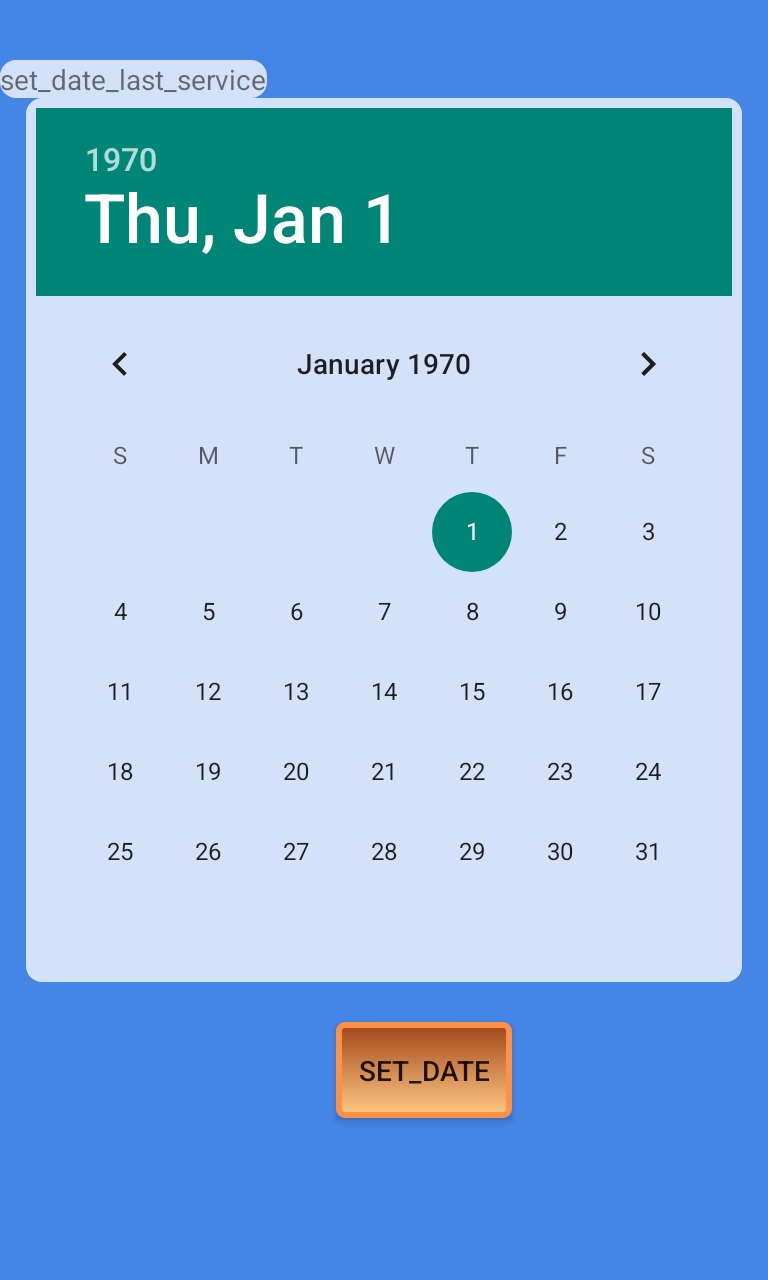
Repository: procmillie/AppKeepV9.12.14
Layout: StupidApp/res/layout/date_picker_dialog123.xml
These files come from the project's save history. The layout is drawn as it stood at one moment and after the next save; the edit follows.
It is drawn on a 768 x 1280 px phone screen (xhdpi) without system bars, with theme AppTheme; the app's code is not run. The app's manifest (not shown) leaves right-to-left support off. So textAlignment, textDirection and layoutDirection are ignored, and left and right values win over start and end ones.

Above is the layout before, as saved 2014-11-25 15:50:38.

After the next save:
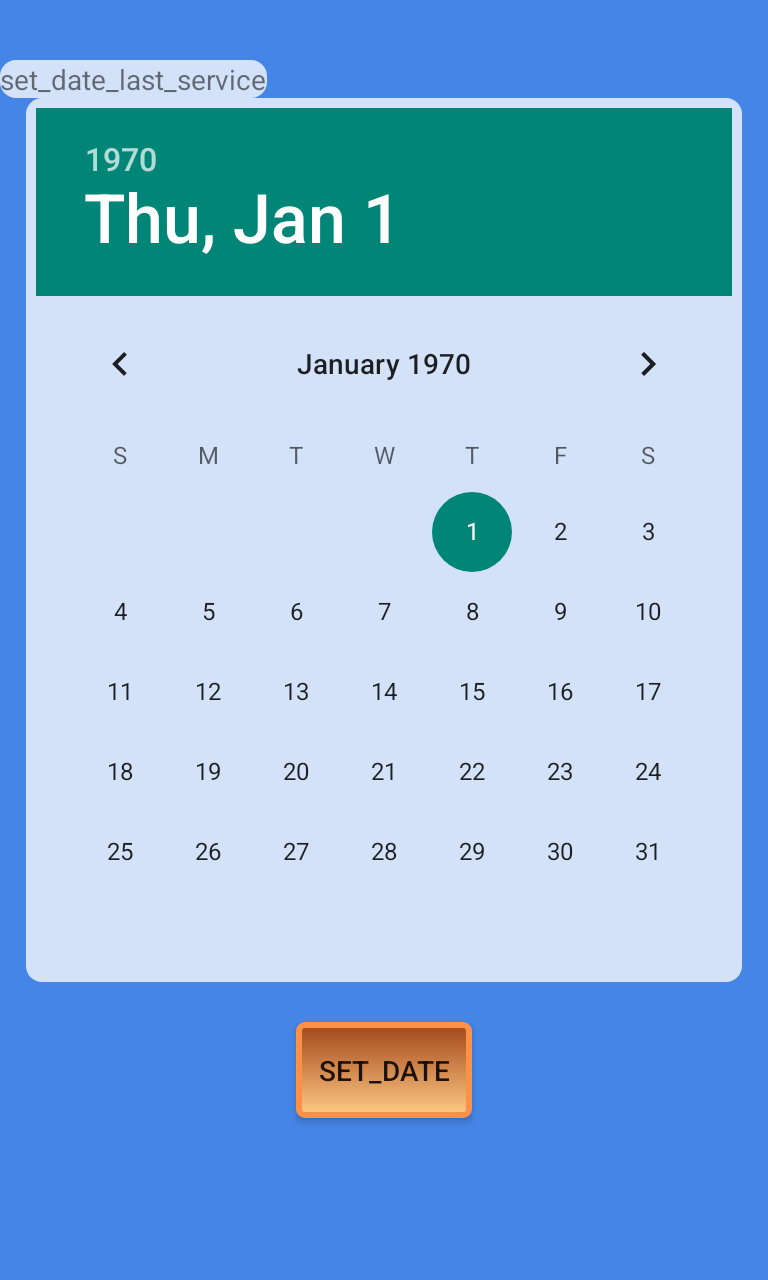
Saved 26 s later.
--- a/StupidApp/res/layout/date_picker_dialog123.xml
+++ b/StupidApp/res/layout/date_picker_dialog123.xml
@@ -38,7 +38,7 @@
     	android:hint="@string/set_date_hint"
     	android:layout_gravity="center"
     	android:gravity="center"
-    	android:layout_marginStart="20dp"
+
         android:layout_marginTop="20dp"
    		android:text="set_date" />
 
